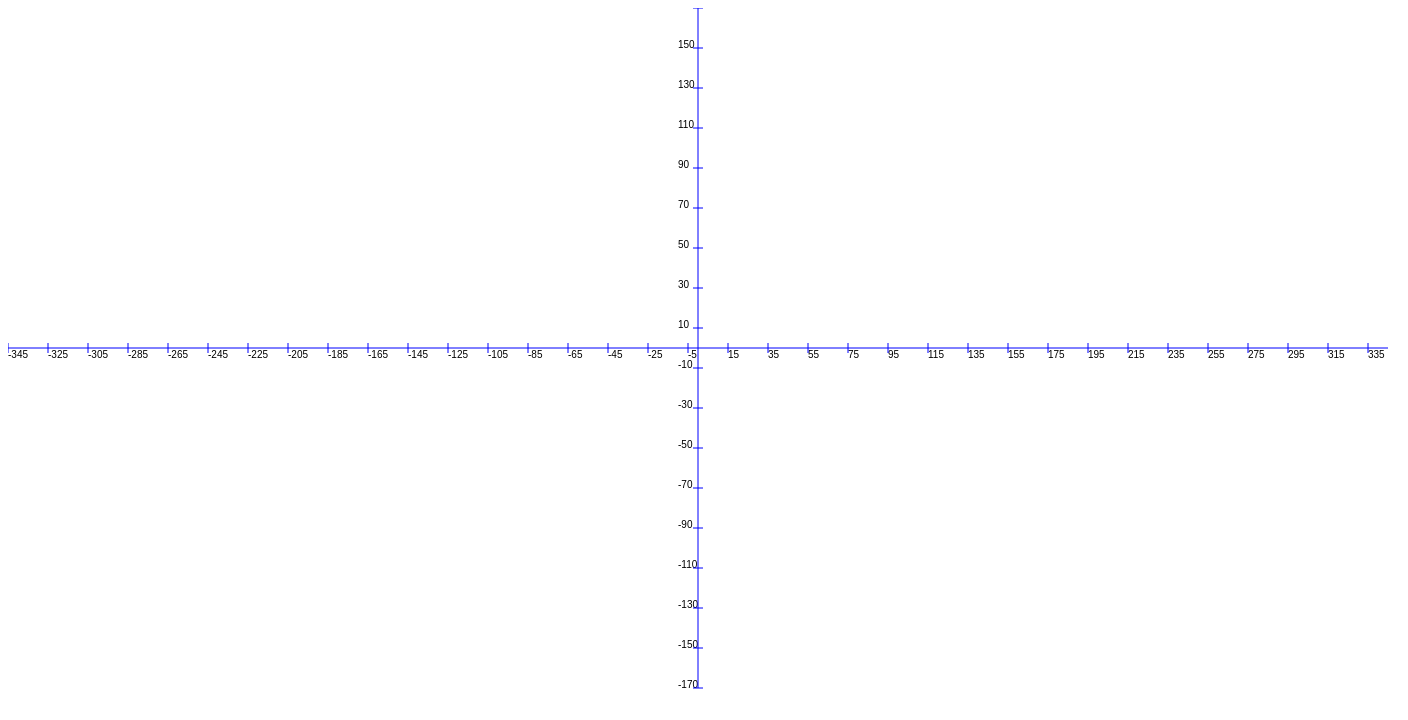
Repository: tclintaichung/book
Page: ex16/ex16_01/frame.html
An editor plug-in stored every save of this project. The page is shown before and after the next save, followed by the edit.
The browser window is 1280 px wide. The page is 1408 px wide, so the pictures cover 1408 px, including what lies to the right of the window. The pictures show the whole page.

Above is the page before, as saved 2025-09-27 16:11:22.

### ex16/ex16_01/frame.html
<!DOCTYPE html>
<html lang="en">
<head>
    <meta charset="UTF-8">
    <meta name="viewport" content="width=device-width, initial-scale=1.0">
    <title>Parabola curves</title>
</head>
<body>
    <canvas id="myCanvas" width="300px" height="300px"></canvas>
    <script>
        const a = 3;
        const b = -6;
        const c = 4;
        const colors = ["#FF0000", "#00FF00", "#0000FF", "#FFFF00", "#FFA500", "#FFFFFF"];
        const myCanvas = document.getElementById("myCanvas");
        const ctx = myCanvas.getContext("2d");
        myCanvas.width = 1400;
        myCanvas.height = 700
        const point_x = [];
        const point_y1 = [];
        const point_y2 = [];
        const scale = 2.;

        frame(0, myCanvas.width - 20, 0, myCanvas.height - 20, scale);

        function frame(x_min, x_max, y_min, y_max, scale) {
            const center_x = (x_min + x_max) / 2;
            const center_y = (y_min + y_max) / 2;
            const step = 20 * scale;
            ctx.beginPath();
            ctx.moveTo(x_min, center_y);
            ctx.lineTo(x_max, center_y);
            ctx.moveTo(center_x, y_min);
            ctx.lineTo(center_x, y_max);
            ctx.strokeStyle = colors[2];
            ctx.lineWidth = 1;

            let label_i = 0;
            for (let i = x_min; i <= x_max; i += step) {
                label_i = (i - center_x) / scale;
                ctx.moveTo(i, center_y - 5);
                ctx.lineTo(i, center_y + 5);
                ctx.fillText(String(label_i), i, center_y + 10);
            }
            for (let i = y_min; i <= y_max; i += step) {
                label_i = (i - center_y) / scale;
                ctx.moveTo(center_x - 5, i);
                ctx.lineTo(center_x + 5, i);
                ctx.fillText(String(label_i), center_x - 20, y_max -i);
            }
                        ctx.stroke();
        }
   </script>
</body>
</html>

After the next save:
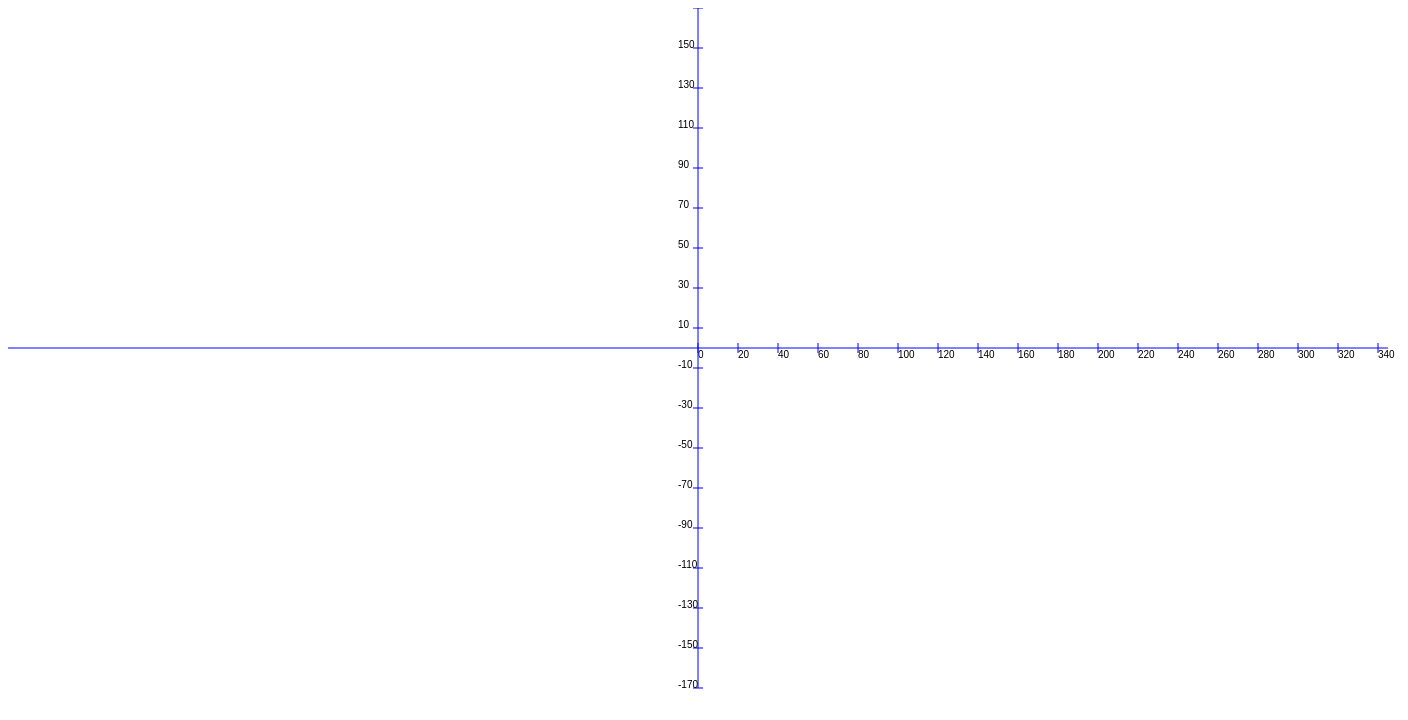
Saved 95 s later.
--- a/ex16/ex16_01/frame.html
+++ b/ex16/ex16_01/frame.html
@@ -36,7 +36,7 @@
             ctx.lineWidth = 1;
 
             let label_i = 0;
-            for (let i = x_min; i <= x_max; i += step) {
+            for (let i = center_x; i <= x_max; i += step) {
                 label_i = (i - center_x) / scale;
                 ctx.moveTo(i, center_y - 5);
                 ctx.lineTo(i, center_y + 5);
